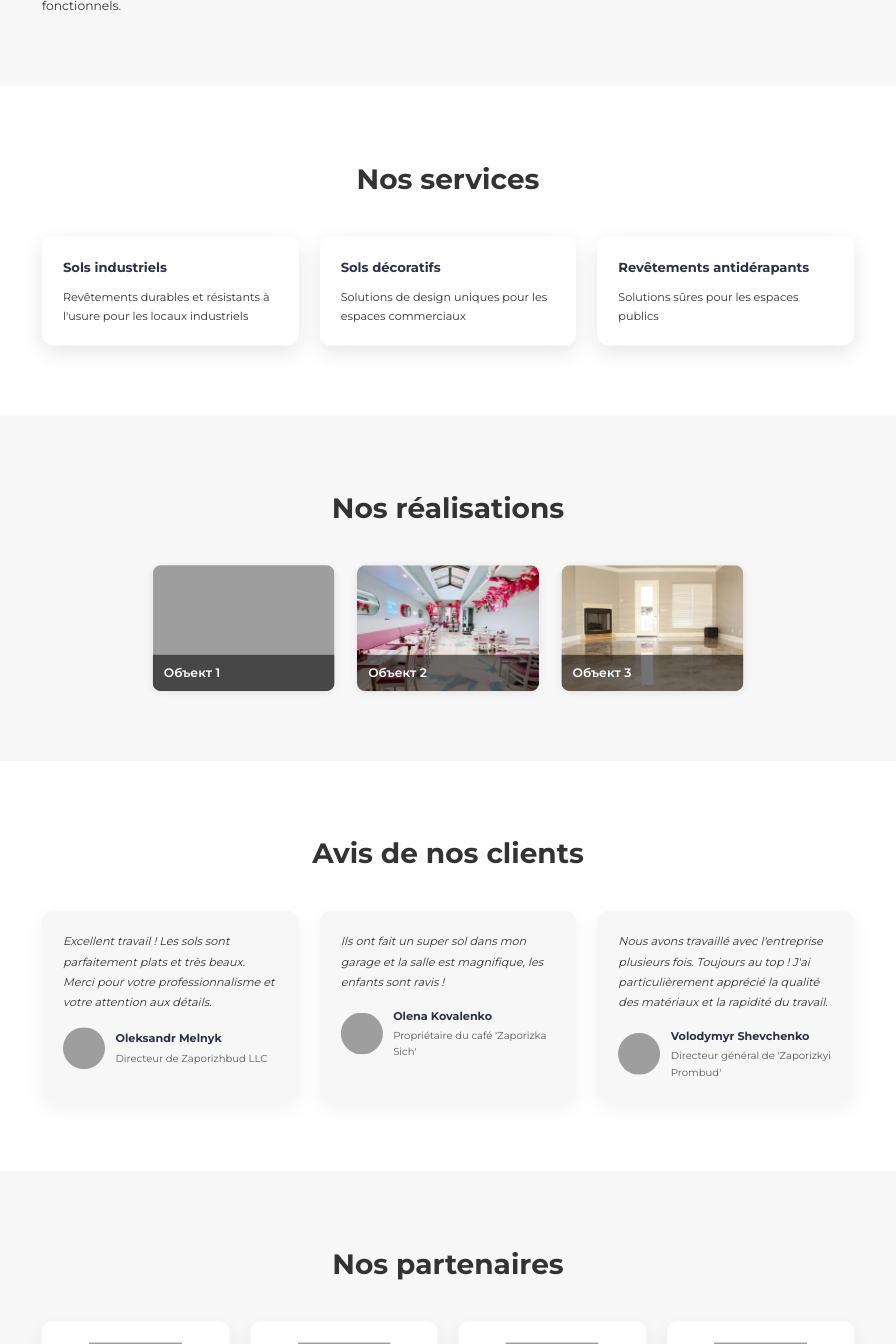
Repository: kerni-ca/kerni-ca
Page: index.html
An editor plug-in stored every save of this project. The page is shown before and after the next save, followed by the edit.
The browser window is 1280 px wide. The pictures show the part of the page from y = 1069 to 2989 px (the page is 4178 px tall), at 70% of full size.
Pictures or frames that could not be fetched are drawn as grey boxes. Backgrounds fixed to the window are drawn as part of the page.

Above is the page before, as saved 2025-07-04 13:34:18.

After the next save:
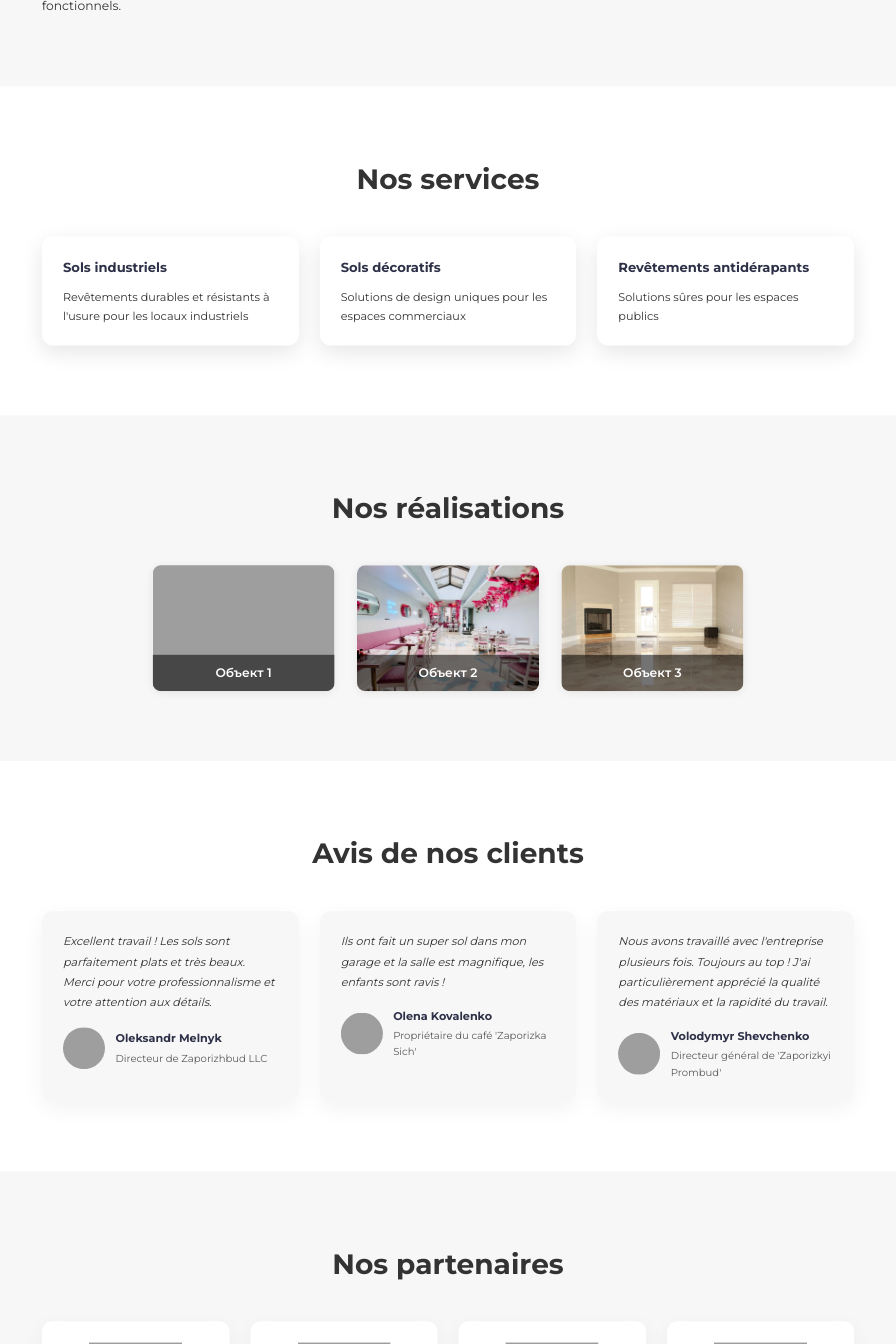
Saved 83 s later.
--- a/script.js
+++ b/script.js
@@ -100,19 +100,28 @@ function buildPortfolioTiles() {
     img.style.objectFit = 'cover';
     img.style.transition = 'transform 0.2s';
     tile.appendChild(img);
-    // Оверлей с подписью
-    const overlay = document.createElement('div');
-    overlay.style.position = 'absolute';
-    overlay.style.left = 0;
-    overlay.style.right = 0;
-    overlay.style.bottom = 0;
-    overlay.style.background = 'rgba(0,0,0,0.55)';
-    overlay.style.color = '#fff';
-    overlay.style.fontWeight = '600';
-    overlay.style.fontSize = '1.1em';
-    overlay.style.padding = '12px 16px';
-    overlay.textContent = `Объект ${client.client}`;
-    tile.appendChild(overlay);
+    // Подпись под плиткой
+    let tileDesc = '';
+    if (window.portfolioDescriptions[client.client] && window.portfolioDescriptions[client.client][0]) {
+      tileDesc = window.portfolioDescriptions[client.client][0];
+    } else {
+      tileDesc = `Объект ${client.client}`;
+    }
+    const caption = document.createElement('div');
+    caption.className = 'portfolio-tile-caption';
+    caption.style.width = '100%';
+    caption.style.background = 'rgba(0,0,0,0.55)';
+    caption.style.color = '#fff';
+    caption.style.fontWeight = '600';
+    caption.style.fontSize = '1.1em';
+    caption.style.padding = '12px 16px';
+    caption.style.textAlign = 'center';
+    caption.style.position = 'absolute';
+    caption.style.left = 0;
+    caption.style.right = 0;
+    caption.style.bottom = 0;
+    caption.textContent = tileDesc;
+    tile.appendChild(caption);
     tile.addEventListener('mouseenter', () => { img.style.transform = 'scale(1.04)'; });
     tile.addEventListener('mouseleave', () => { img.style.transform = 'scale(1)'; });
     tile.onclick = () => openCarousel(clientIdx, 0);
